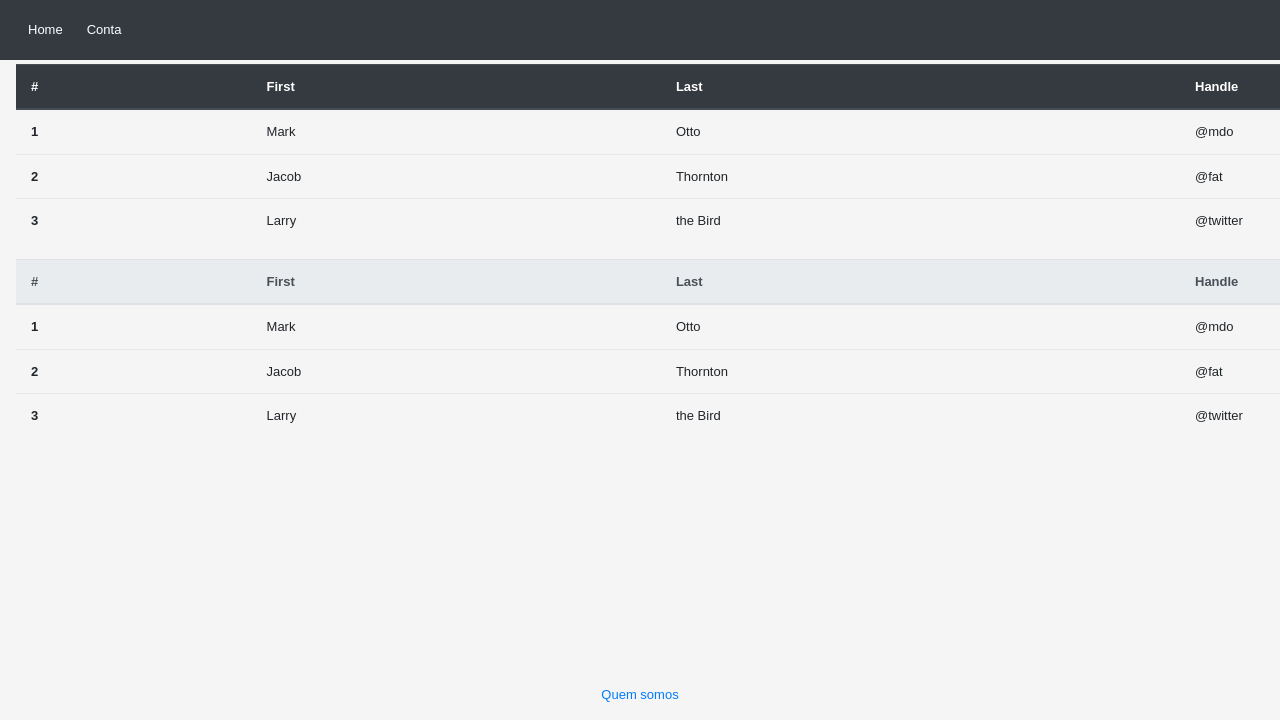
Repository: LAsant0s/Ldxps
Page: http://localhost/home
These files come from the project's save history. The page is drawn as it stood at one moment and after the next save; the edit follows.
The browser window is 1280 px wide. The pictures show the whole page.
Some web fonts or font styles are not loaded; a fallback is used. The page is this project's Thymeleaf template; nobody is signed in. The template is opened directly, without the code that normally fills it, so the values that code supplies are empty.

Above is the page before, as saved 2020-11-14 20:58:47.
Console error (its wording comes from the project's code and is left out).

After the next save:
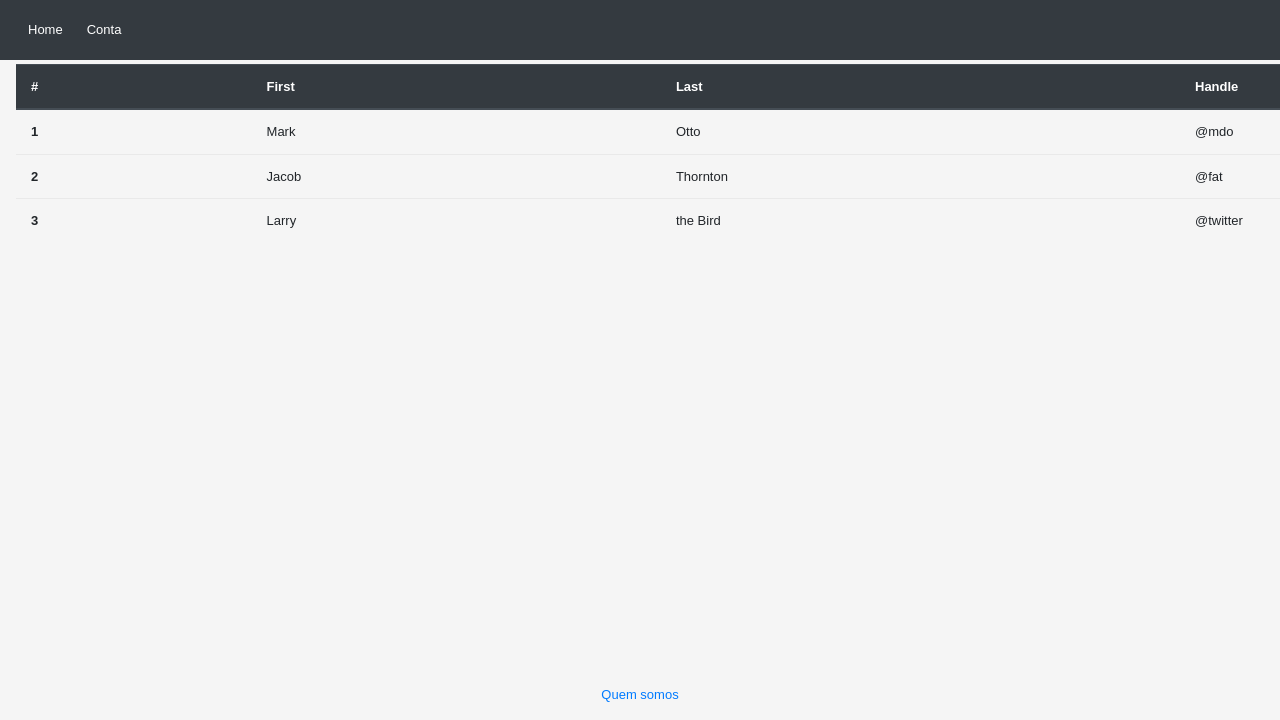
Saved 42 s later.
--- a/ldxps/src/main/resources/templates/home.html
+++ b/ldxps/src/main/resources/templates/home.html
@@ -32,35 +32,5 @@
 		  </tbody>
 		</table>
 
-		<table class="table">
-		  <thead class="thead-light">
-		    <tr>
-		      <th scope="col">#</th>
-		      <th scope="col">First</th>
-		      <th scope="col">Last</th>
-		      <th scope="col">Handle</th>
-		    </tr>
-		  </thead>
-		  <tbody>
-		    <tr>
-		      <th scope="row">1</th>
-		      <td>Mark</td>
-		      <td>Otto</td>
-		      <td>@mdo</td>
-		    </tr>
-		    <tr>
-		      <th scope="row">2</th>
-		      <td>Jacob</td>
-		      <td>Thornton</td>
-		      <td>@fat</td>
-		    </tr>
-		    <tr>
-		      <th scope="row">3</th>
-		      <td>Larry</td>
-		      <td>the Bird</td>
-		      <td>@twitter</td>
-		    </tr>
-		  </tbody>
-		</table>
 	</div>
 </html>
